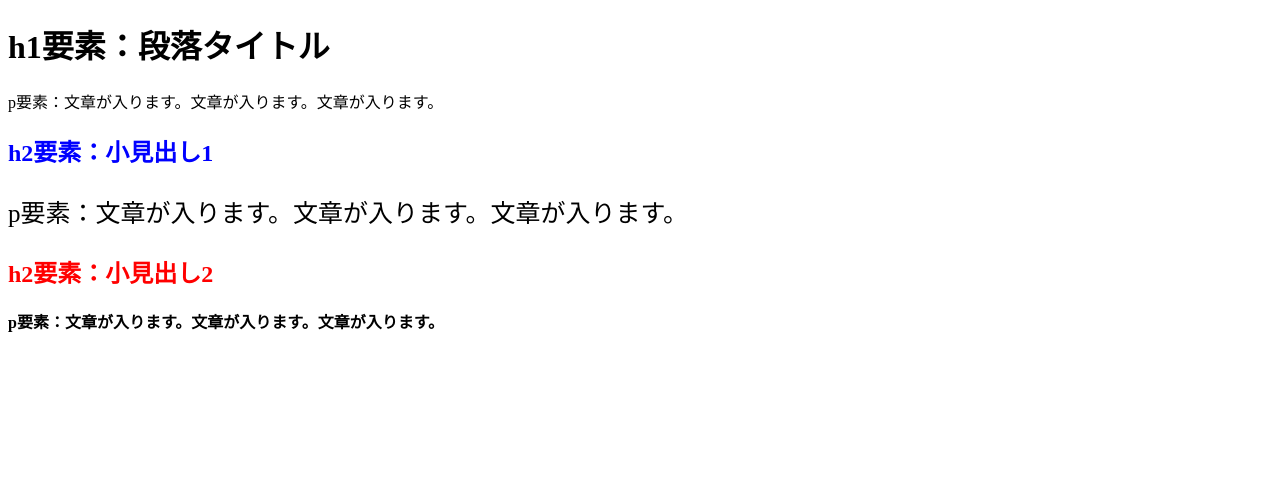
Repository: Miya0223/samurai_HTML-CSS
Page: index.html
The author's editor kept a record of every edit. The page is drawn from the files as they stood at one moment, then again after the next edit.
The browser window is 1280 px wide. The pictures show the whole page.

Above is the page before.

After the next edit:
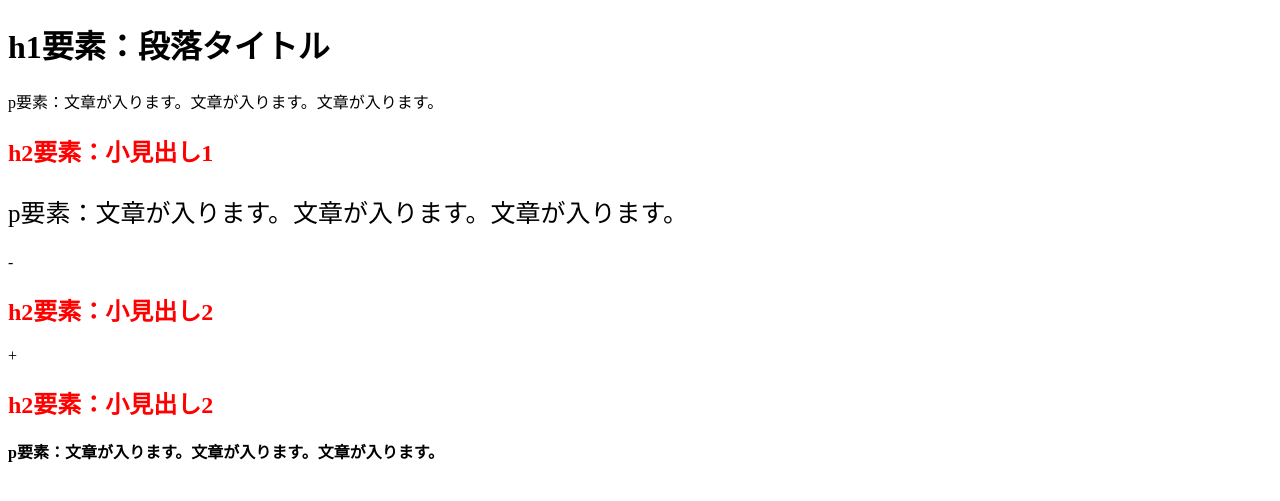
The edit:
--- a/index.html
+++ b/index.html
@@ -7,16 +7,20 @@
       h2 {
         color: red;
       }
+      #red {
+        color: red;
+      }
     </style>
   </head>
   <body>
     <h1>h1要素：段落タイトル</h1>
     <p>p要素：文章が入ります。文章が入ります。文章が入ります。</p>
-    <h2 style="color: blue;">h2要素：小見出し1</h2>
+    <h2>h2要素：小見出し1</h2>
     <p style="font-size: 25px;">
       p要素：文章が入ります。文章が入ります。文章が入ります。
     </p>
-    <h2>h2要素：小見出し2</h2>
+-    <h2>h2要素：小見出し2</h2>
++    <h2 id="red">h2要素：小見出し2</h2>
     <p style="font-weight: bold;">
       p要素：文章が入ります。文章が入ります。文章が入ります。
     </p>
